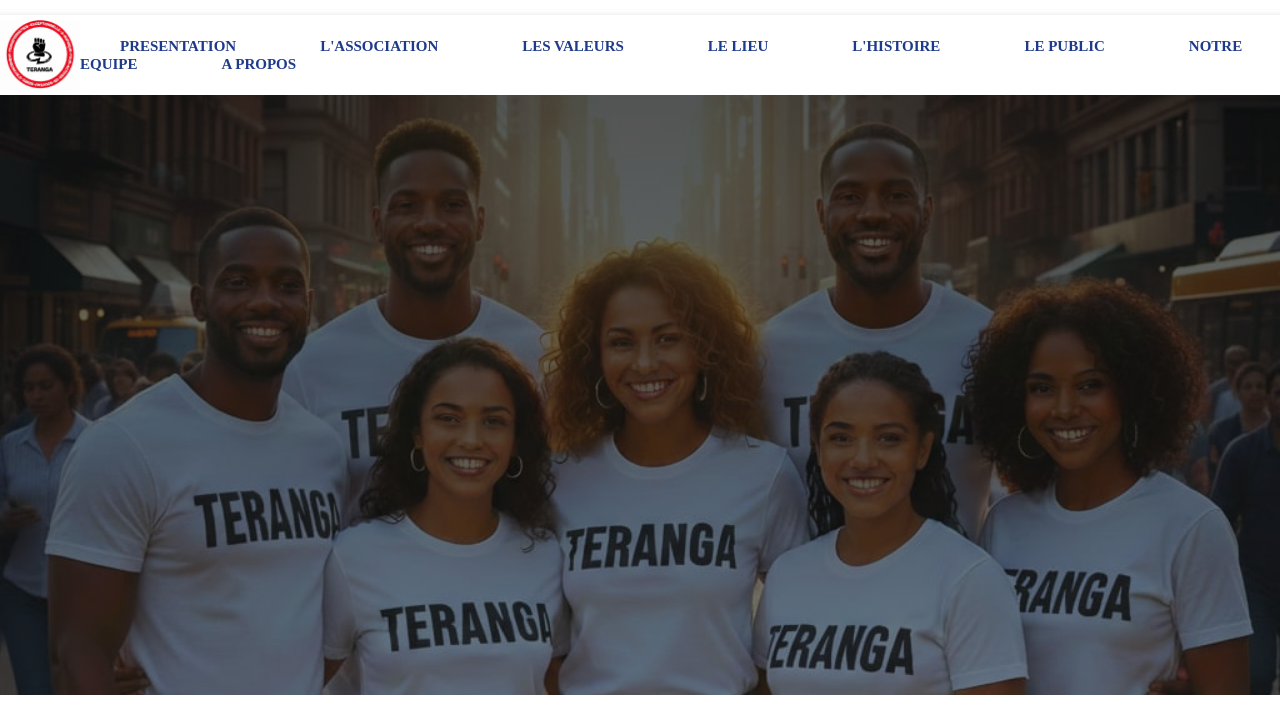
Repository: assanendao171/projet-teranga
Page: presentation.html
These files come from the project's save history. The page is drawn as it stood at one moment and after the next save; the edit follows.
The browser window is 1280 px wide. The pictures show the whole page.

Above is the page before, as saved 2026-02-11 12:02:49.

### presentation.html
<!DOCTYPE html>
<html lang="en">
<head>
    <meta charset="UTF-8">
    <meta name="viewport" content="width=device-width, initial-scale=1.0">
    <title>Document</title>
    <link rel="stylesheet" href="presentation.css">
</head>
<body>
<!-- l'entete -->
 <header>
        <!-- logo -->
<img src="image/logo.jpeg" alt="" class="logo">
<div class="btn-nav">

    <nav>

<a href="presentation.html" target="_blank">PRESENTATION</a>
<a href="association.html" target="_blank">L'ASSOCIATION</a>
<a href="valeur.html" target="_blank">LES VALEURS</a>
<a href="lieu.html" target="_blank">LE LIEU</a>
<a href="histoire.html" target="_blank">L'HISTOIRE</a>
<a href="public.html" target="_blank">LE PUBLIC</a>
<a href="equipe.html" target="_blank">NOTRE EQUIPE</a>
<a href="propos.html" target="_blank">A PROPOS</a>
    </nav>
</div>
 </header>
 <!-- le hero -->
  <div class="hero">

  </div>
 <!-- le corps -->
  <main></main>
  <!-- le pieds -->
   <footer></footer>
</body>
</html>

### presentation.css
body{
    margin: 15px 0 5px 0;
}
header{
width: 100%;
height: 80px;
background-color: #FFFFFF;
box-shadow: 2px 6px 6px 6px rgba(0, 0, 0, 0.1);
display: flex;
align-items: center;
justify-content: center;
}
nav a{
    margin: 40px;
    color: #1E3A8A;
    text-decoration: none;
    font-size: 15px;
    font-weight:900;
}
nav a:hover{
    text-decoration: underline;
}
.logo{
    width: 80px;
left: 10px;
}
/* .hero{
  width:100%;
  height:600px ;
  background-image: url("image/background.jpeg");
  background-repeat: no-repeat;
  background-size: cover;
  background-position:top;
} */
.hero{
  width:100%;
  height:600px ;
  background-image:
    linear-gradient(rgba(0, 0, 0, 0.6), rgba(0, 0, 0, 0.4)),
    url("image/background.jpeg");
  background-size: cover;
  background-position: top;
  background-repeat: no-repeat;
}

After the next save:
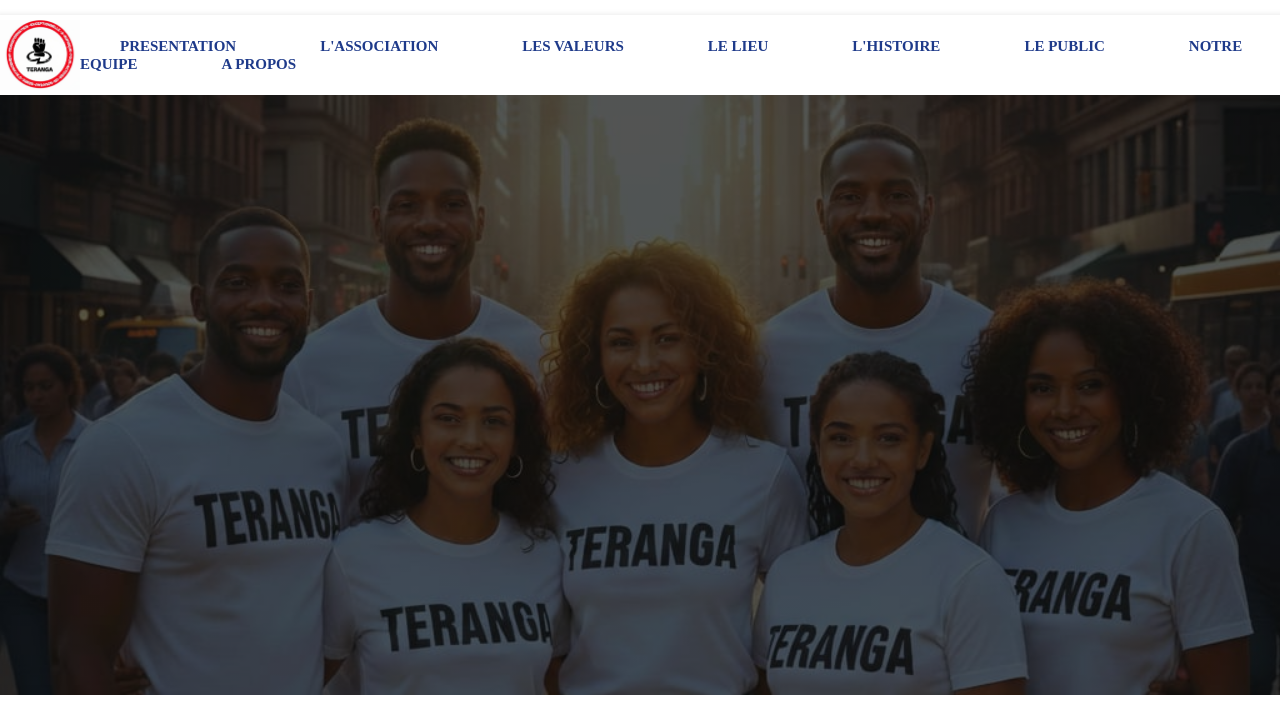
Saved 4 s later.
--- a/presentation.css
+++ b/presentation.css
@@ -36,7 +36,7 @@ left: 10px;
   width:100%;
   height:600px ;
   background-image:
-    linear-gradient(rgba(0, 0, 0, 0.6), rgba(0, 0, 0, 0.4)),
+    linear-gradient(rgba(0, 0, 0, 0.6), rgba(0, 0, 0, 0.6)),
     url("image/background.jpeg");
   background-size: cover;
   background-position: top;
